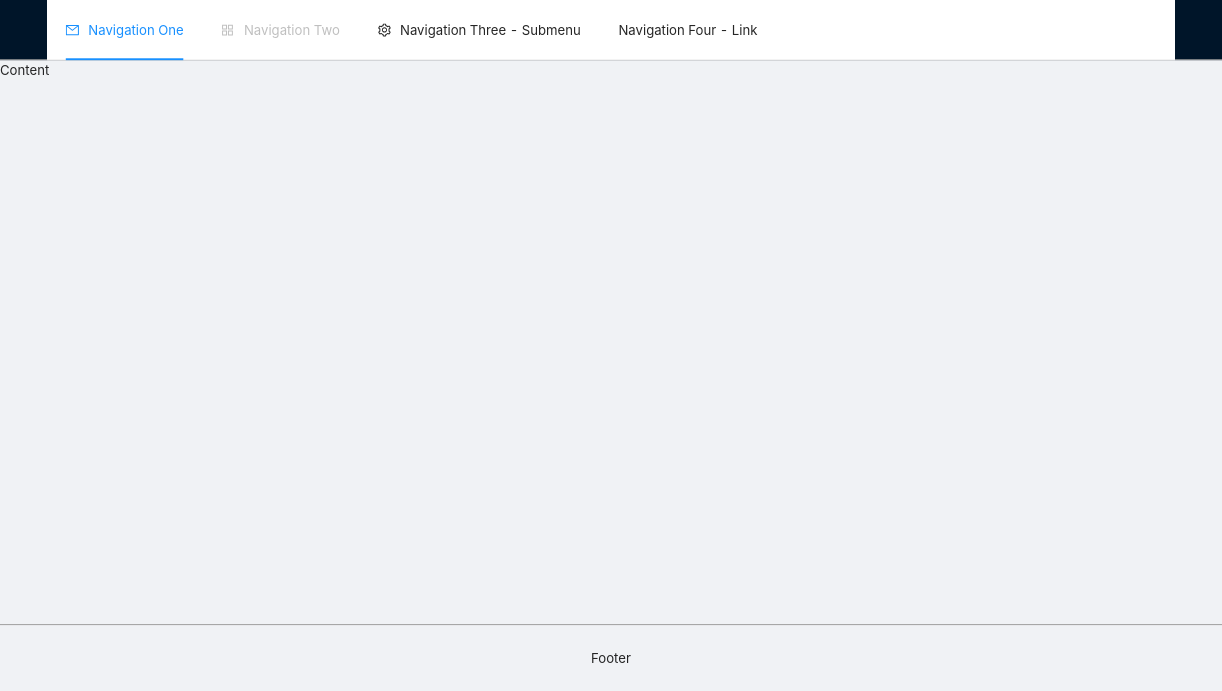
Repository: ohayo-aidi/news-site
Page: /
The author's editor kept a copy of each file at every save. The page is drawn from the files as they stood at one save, then again after the next save.
The browser window is 1280 px wide. The page is 1300 px wide, so the pictures cover 1300 px, including what lies to the right of the window. The pictures show the whole page, at 94% of full size.
The project was rebuilt for these pictures with package versions that can differ from the ones it lists, and the page was loaded fresh each time.

Above is the page before, as saved 2022-10-15 11:24:40.

After the next save:
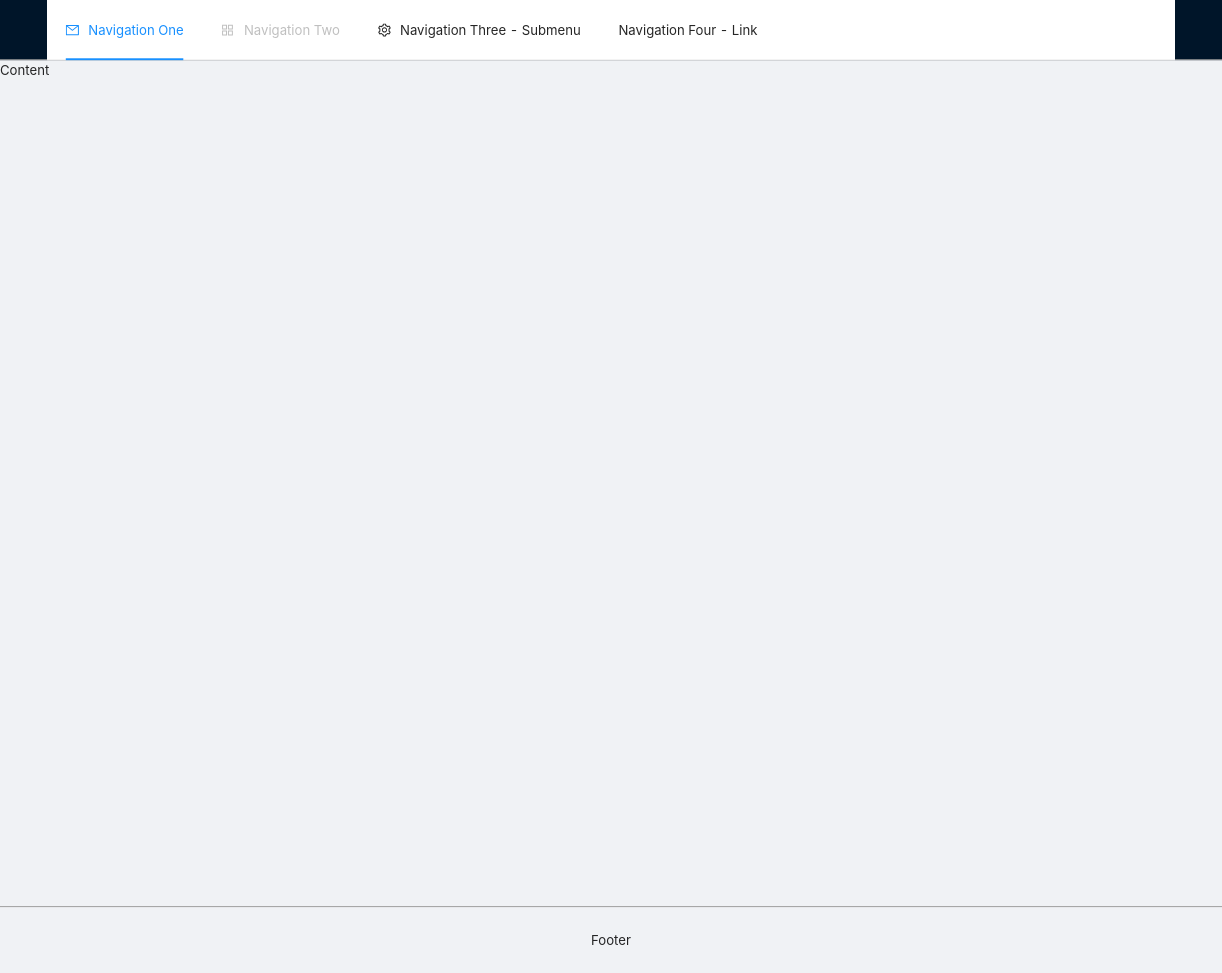
Saved 25 s later.
--- a/src/style.css
+++ b/src/style.css
@@ -4,7 +4,7 @@
 }
 
 .content {
-    min-height: 600px !important;
+    min-height: 900px !important;
 }
 
 .footer {
